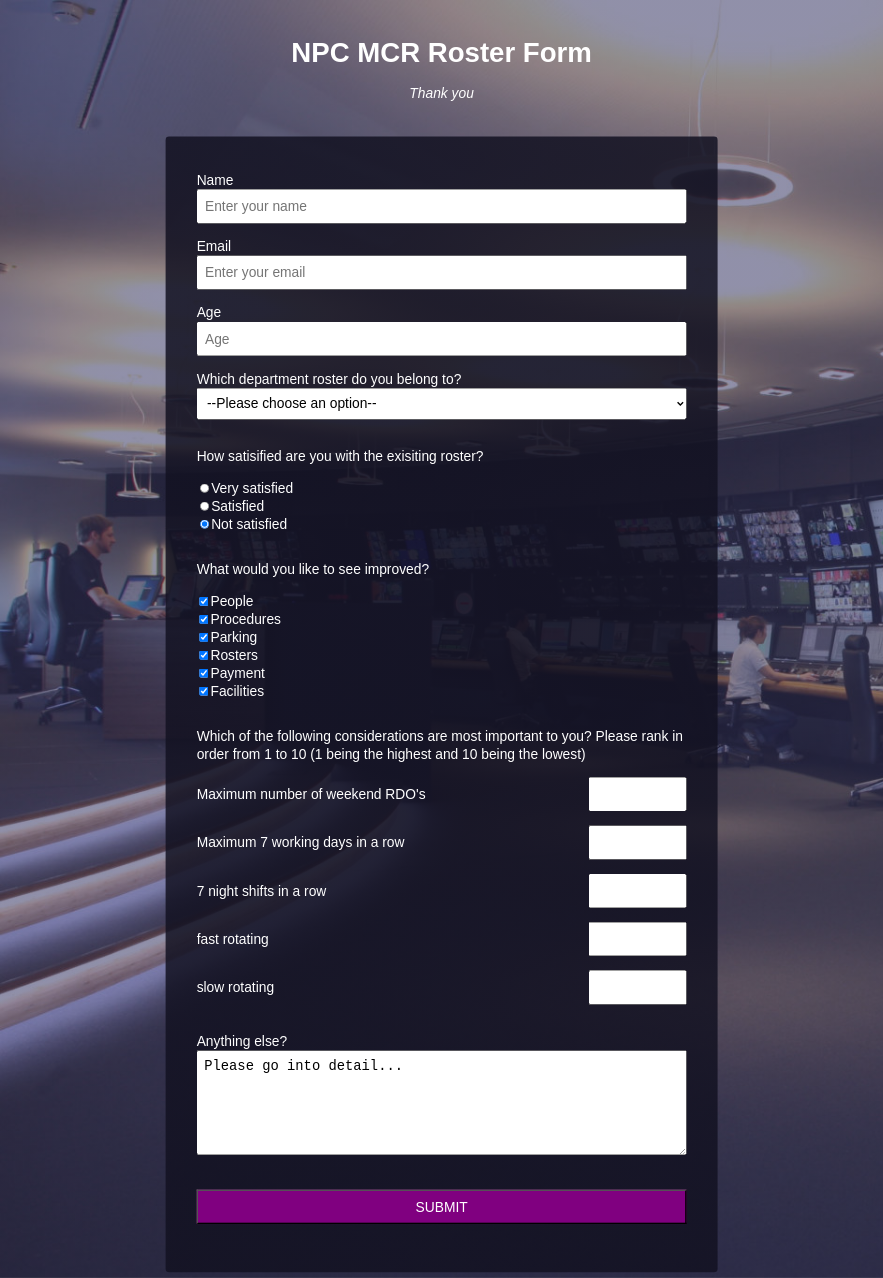
Repository: rvass/fcc-survey-form
Page: index.html
The author's editor kept a record of every edit. The page is drawn from the files as they stood at one moment, then again after the next edit.
The browser window is 1280 px wide. The pictures show the whole page, at 69% of full size.

Above is the page before.

After the next edit:
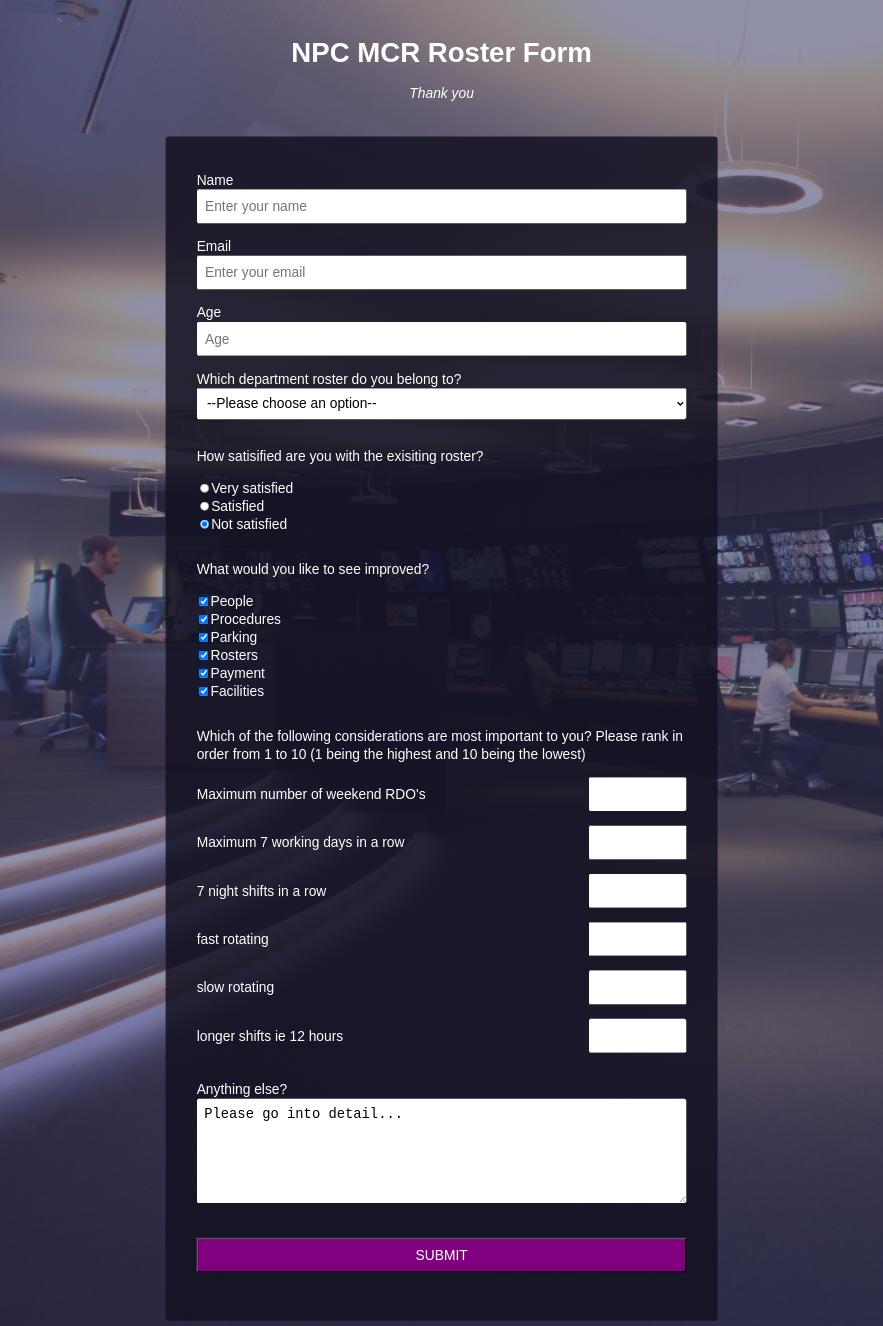
The edit:
--- a/index.html
+++ b/index.html
@@ -77,6 +77,10 @@
                     <label for="max-weekends">slow rotating</label>
                     <input type="number" name="priority" id="max-weekends">
                 </div>
+                <div class="considerations">
+                    <label for="max-weekends">longer shifts ie 12 hours</label>
+                    <input type="number" name="priority" id="max-weekends">
+                </div>
 
 
 
